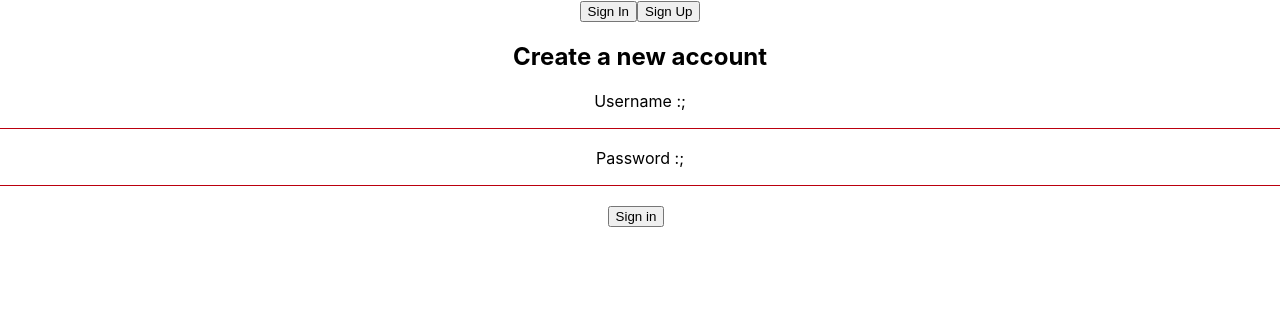
Repository: sebounti/holbertonschool-cinema-guru
Page: / (app in cinema-guru/)
The author's editor kept a copy of each file at every save. The page is drawn from the files as they stood at one save, then again after the next save.
The browser window is 1280 px wide. The pictures show the whole page.
The page's requests for data from a server got no answer. The project was rebuilt for these pictures with package versions that can differ from the ones it lists, and the page was loaded fresh each time. No one was signed in, and anything a server would have sent is missing. Also part of the build but not shown: cinema-guru/src/routes/auth/auth.css, cinema-guru/src/routes/auth/Register.js, cinema-guru/src/routes/dashboard/dashboard.css, cinema-guru/src/components/navigation/navigation.css, cinema-guru/src/components/components.css, cinema-guru/src/components/Activity.js, cinema-guru/src/components/navigation/SideBar.js, cinema-guru/src/components/navigation/Header.js and 11 more.

Above is the page before, as saved 2024-11-02 22:49:39.

After the next save:
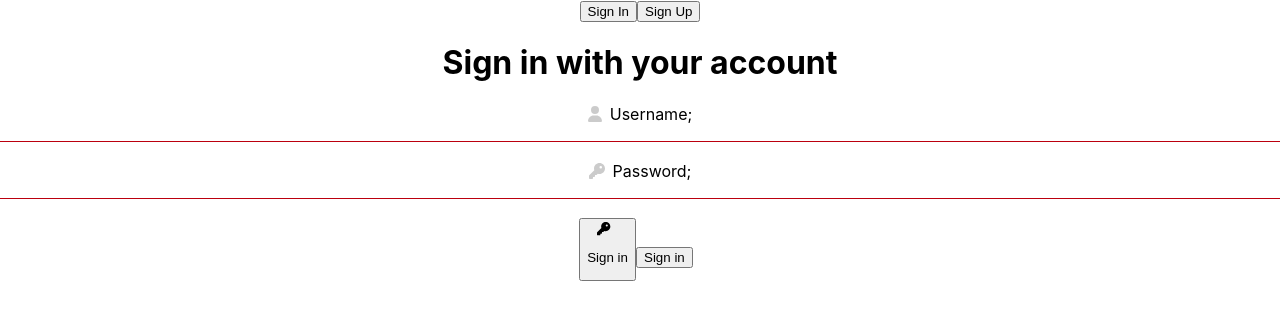
Saved 15 s later.
--- a/cinema-guru/src/routes/auth/login.js
+++ b/cinema-guru/src/routes/auth/login.js
@@ -1,44 +1,30 @@
-import React from "react";
 import "./auth.css";
+import { faKey, faUser } from "@fortawesome/free-solid-svg-icons";
 import Input from "../../components/general/Input";
-import Button from "../../components/general/Button";
+import SubmitInput from "../../components/general/SubmitButton";
+import { Fragment } from "react";
 
-export default function Login({
-  username,
-  password,
-  setUsername,
-  setPassword,
-}) {
-  // Gestionnaire pour soumettre le formulaire de connexion
-  const handleSubmit = (e) => {
-    e.preventDefault();
-    // Ajoutez ici la logique de connexion, par exemple en appelant une API pour authentifier l'utilisateur
-    console.log("Login attempt with:", { username, password });
-  };
+const Login = ({ username, setUsername, password, setPassword }) => {
+  return (
+    <Fragment>
+      <h1 className="authentication-header">Sign in with your account</h1>
+      <Input
+        type="text"
+        icon={faUser}
+        label="Username"
+        value={username}
+        setValue={setUsername}
+      />
+      <Input
+        type="password"
+        icon={faKey}
+        label="Password"
+        value={password}
+        setValue={setPassword}
+      />
+      <SubmitInput label="Sign in" icon={faKey} />
+    </Fragment>
+  );
+};
 
-  return (
-    <div className="login-container">
-      <h2>Create a new account</h2>
-      <form onSubmit={handleSubmit} className="login-form">
-        <div className="input-group">
-          <Input
-            label="Username :"
-            type="text"
-            value={username}
-            setValue={setUsername}
-            className="input"
-          />
-        </div>
-        <div className="input-group">
-          <Input
-            label="Password :"
-            type="password"
-            value={password}
-            setValue={setPassword}
-            className="input"
-          />
-        </div>
-      </form>
-    </div>
-  );
-}
+export default Login;
